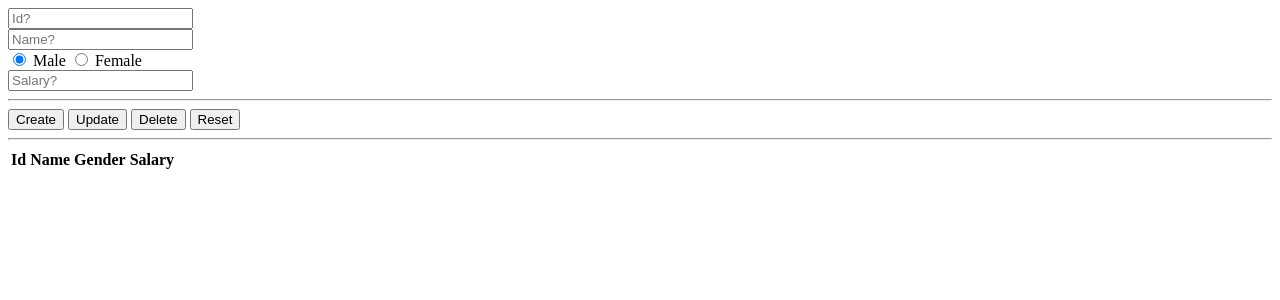
Repository: HoangTrung2004/JAVA4
Page: Lab7/src/main/webapp/views/employee.html
The author's editor kept a copy of each file at every save. The page is drawn from the files as they stood at one save, then again after the next save.
The browser window is 1280 px wide. The pictures show the whole page.
The page's requests for data from a server got no answer.

Above is the page before, as saved 2025-07-21 10:02:49.

### Lab7/src/main/webapp/views/employee.html
<!DOCTYPE html>
<html>
<head>
<meta charset="UTF-8">
<title>Danh sách </title>
</head>
<body>

	<div>
		<input id="id" placeholder="Id?"> <br>
		<input id="name" placeholder="Name?"> <br>
		<input type="radio" id="male" name= "gender" checked> Male
		<input type="radio" id="female" name= "gender" > Female <br>
		<input id="salary" placeholder="Salary?"> <br>
	</div>
	<hr>

	<button onclick="ctr.create()" >Create</button>
	<button onclick="ctr.update()" >Update</button>
	<button onclick="ctr.delete()" >Delete</button>
	<button onclick="ctr.reset()" >Reset</button>

	<hr>

	<table bode="1" style="width: 100px">
		<thead>
			<tr>
				<th>Id</th>
				<th>Name</th>
				<th>Gender</th>
				<th>Salary</th>
				<th></th>
			</tr>
		</thead>

		<tbody id="list"></tbody>

	</table>


	<script>
		var ctrl = {
		    setForm(employee) {
		        document.getElementById("id").value = employee.id;
		        document.getElementById("name").value = employee.name;
		        document.getElementById("salary").value = employee.salary;
		        if(employee.gender){
		            document.getElementById("male").checked = true;
		        } else {
		            document.getElementById("female").checked = true;
		        }
		    },
		    getForm() {
		        return {
		            id: document.getElementById("id").value,
		            name: document.getElementById("name").value,
		            gender: document.getElementById("male").checked,
		            salary: parseFloat(document.getElementById("salary").value)
		        }
		    },
		    fillToTable(employees) {
		        var rows = [];
		        employees.forEach(e => {
		            var row = `<tr>
		                <td>${e.id}</td>
		                <td>${e.name}</td>
		                <td>${e.gender?'Male':'Female'}</td>
		                <td>${e.salary}</td>
		                <td><a href="javascript:ctrl.edit('${e.id}')">Edit</a></td>
		            </tr>`;
		            rows.push(row);
		        });
		        document.getElementById("list").innerHTML = rows.join('');
		    },
		    loadAll() {
		        fetch('/Lab7/employees', {method: "GET"})
		            .then(resp => resp.json())
		            .then(employees => {
		                this.fillToTable(employees);
		            });
		    },
		    create() {
		        var data = this.getForm();
		        fetch('/Lab7/employees', {
		            method: "POST",
		            headers: {"Content-Type": "application/json"},
		            body: JSON.stringify(data)
		        }).then(resp => resp.json()).then(json => {
		            this.loadAll();
		            this.reset();
		        });
		    },
		    update() {
		        var data = this.getForm();
		        fetch(`/Lab7/employees/${data.id}`, {
		            method: "PUT",
		            headers: {"Content-Type": "application/json"},
		            body: JSON.stringify(data)
		        }).then(resp => resp.json()).then(json => {
		            this.loadAll();
		        });
		    },
		    delete() {
		        var id = document.getElementById("id").value;
		        fetch(`/Lab7/employees/${id}`, {method: "DELETE"})
		            .then(resp => resp.json())
		            .then(json => {
		                this.loadAll();
		                this.reset();
		            });
		    },
		    reset() {
		        var employee = {id:"", name:"", salary:0, gender:true};
		        this.setForm(employee);
		    },
		    edit(id) {
		        fetch(`/Lab7/employees/${id}`, {method: "GET"})
		            .then(resp => resp.json())
		            .then(employee => {
		                this.setForm(employee);
		            });
		    }
		};
ctrl.loadAll();
</script>

</body>
</html>

After the next save:
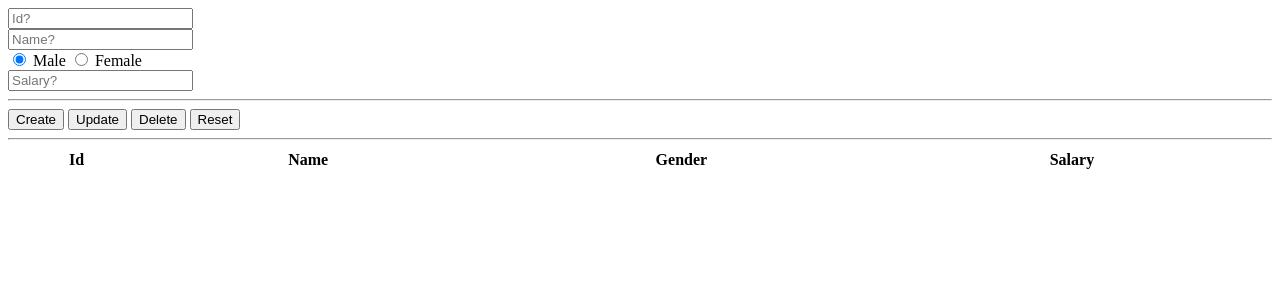
Saved 58 s later.
--- a/Lab7/src/main/webapp/views/employee.html
+++ b/Lab7/src/main/webapp/views/employee.html
@@ -22,7 +22,7 @@
 
 	<hr>
 
-	<table bode="1" style="width: 100px">
+	<table bode="1" style="width: 100%">
 		<thead>
 			<tr>
 				<th>Id</th>
